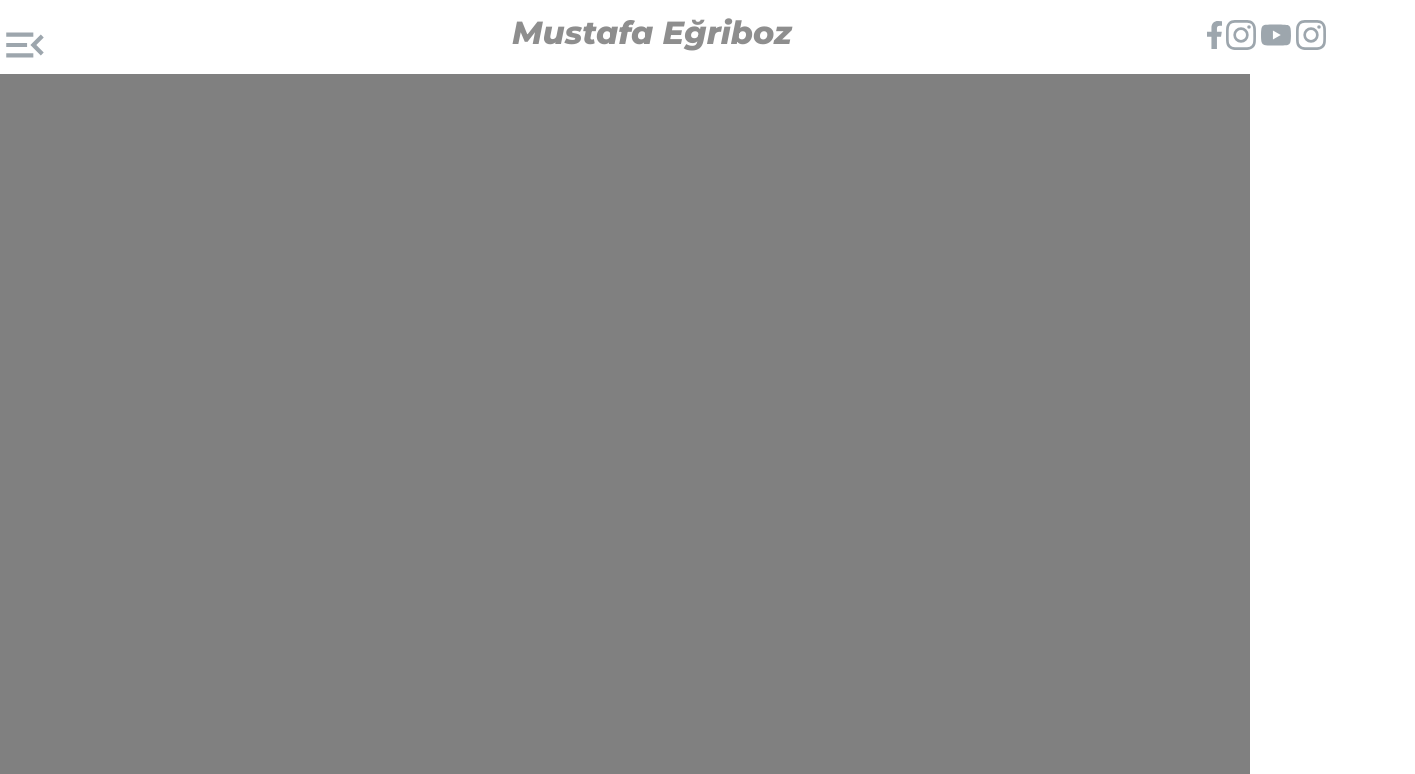
Repository: CengoCengo/m.e-gallery-web-site
Page: index.html
An editor plug-in stored every save of this project. The page is shown before and after the next save, followed by the edit.
The browser window is 1280 px wide. The page is 1326 px wide, then 1415 px, then 1326 px, so the pictures cover 1415 px, including what lies to the right of the window. The pictures show the whole page.

Above is the page before, as saved 2021-02-06 14:53:03.
Console error: TypeError: Cannot read properties of null (reading 'style')

### index.html
<!DOCTYPE html>
<html lang="en">
  <head>
    <meta charset="UTF-8" />
    <meta name="viewport" content="width=device-width, initial-scale=1.0" />
    <link rel="stylesheet" href="styles/style.css" />
    <link rel="preconnect" href="https://fonts.gstatic.com" />
    <link
      href="https://fonts.googleapis.com/css2?family=Montserrat:ital,wght@1,800&display=swap"
      rel="stylesheet"
    />

    <title>Mustafa Eğriboz</title>
  </head>
  <body>
    <!-- Navigator -->
    <div class="menu-container">
      <img
        id="icon-menu"
        src="images/icon/menu_open-black-18dp.svg"
        alt="icon-menu"
        width="50"
      />
      <h1>Mustafa Eğriboz</h1>

      <div class="social-media-container icon-social">
        <a href=""
          ><img alt="Qries" src="images/icon/facebook-f-brands.svg" width=15"
          height="70"></a
        >

        <a href=""
          ><img alt="Qries" src="images/icon/instagram-brands.svg" width=30"
          height="70"></a
        >

        <a href=""
          ><img alt="Qries" src="images/icon/youtube-brands.svg" width=30"
          height="70"></a
        >

        <a href=""
          ><img alt="Qries" src="images/icon/instagram-brands.svg" width=30"
          height="70"></a
        >
      </div>
    </div>

    <!-- Slider -->

    <div class="slider-container">
      <div class="slider"></div>
    </div>

    <script type="text/javascript" src="js/script.js"></script>
  </body>
</html>

### styles/style.css
*{
    margin: 0;
    padding: 0;
    font-family:  'Montserrat', sans-serif;


}

.main-container{
    width: 100%;
}

.menu-container{
    display: inline-block;
    position: relative;
    width: 100%;
    height: auto;



}

#icon-menu img{
    display: inline-block;
    width:2rem;

}

.menu-container h1{
    display: inline-block;
    position: absolute;
    margin-top: 1%;
    left: 40%;
    width: 300px;
    color:#8e8e8e;

}

.social-media-container{
    display: inline;
    position: relative;
    width: 100%;
    left: 87%;



}

.icon-social{
    margin-left: 3%;
}




.slider{
    background-color: grey;
    width: 1250px;
    height: 700px;

}

### js/script.js
var x = document.querySelector("p");
x.style.backgroundColor = "red";

After the next save:
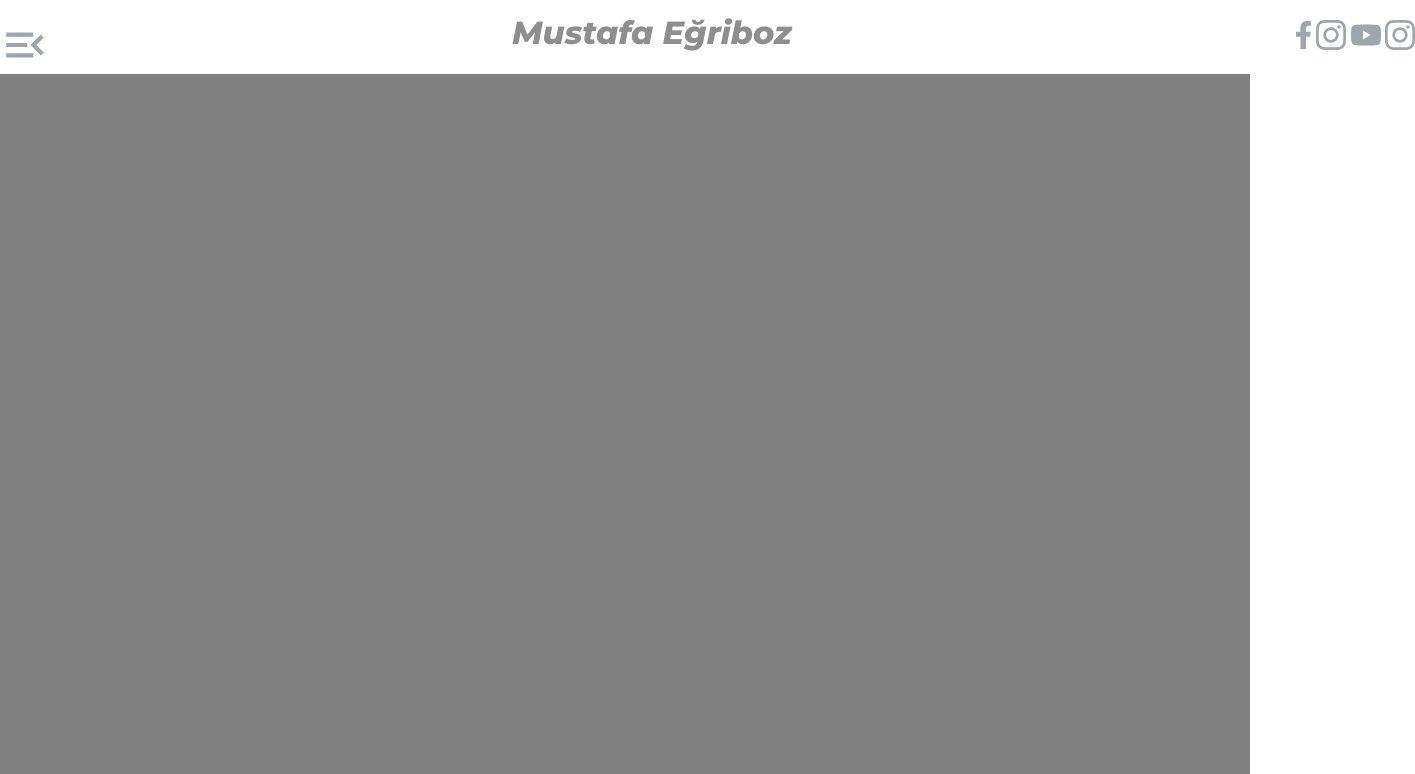
Saved 38 s later.
--- a/styles/style.css
+++ b/styles/style.css
@@ -47,7 +47,7 @@
 }
 
 .icon-social{
-    margin-left: 3%;
+    margin-left: 10%;
 }
 
 

After the save that followed:
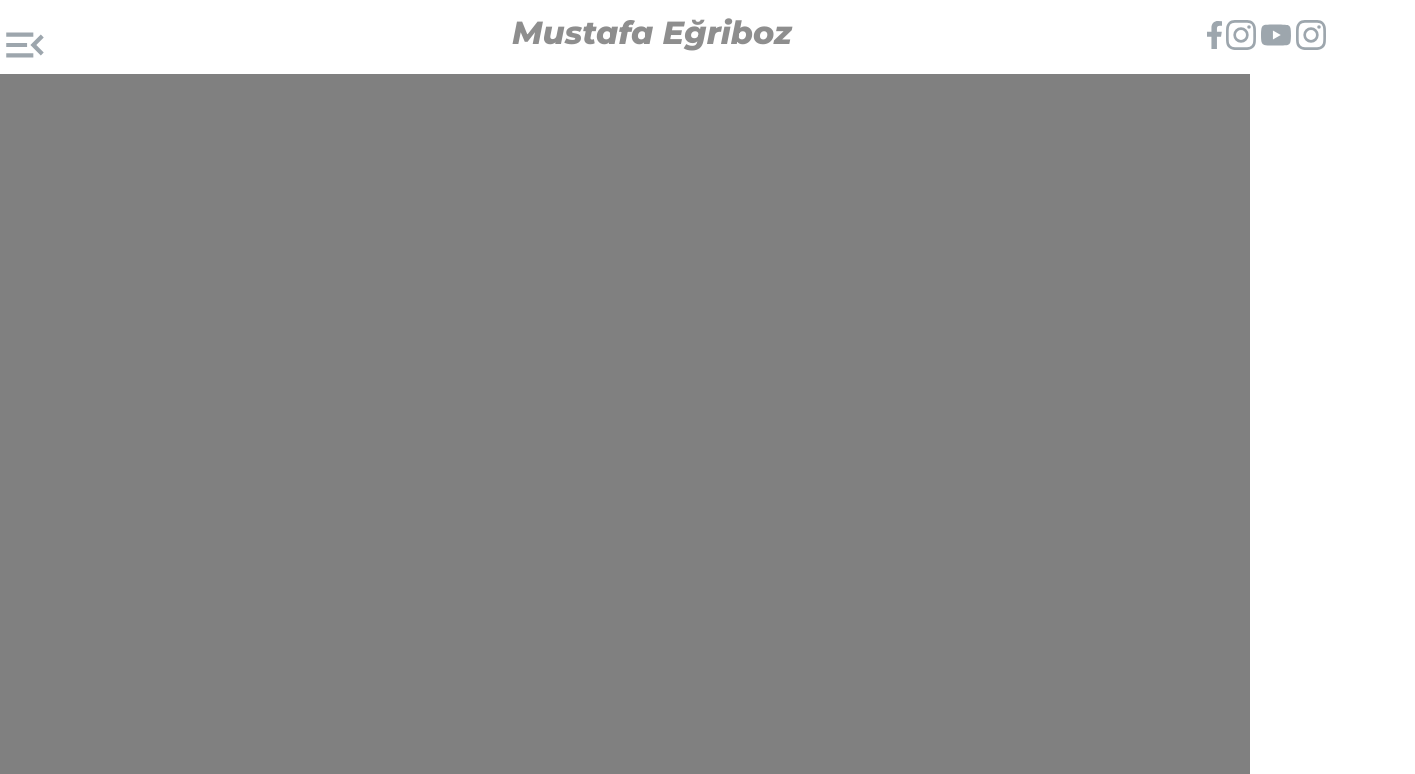
Saved 7 s later.
--- a/styles/style.css
+++ b/styles/style.css
@@ -47,7 +47,7 @@
 }
 
 .icon-social{
-    margin-left: 10%;
+    margin-left: 3%;
 }
 
 
